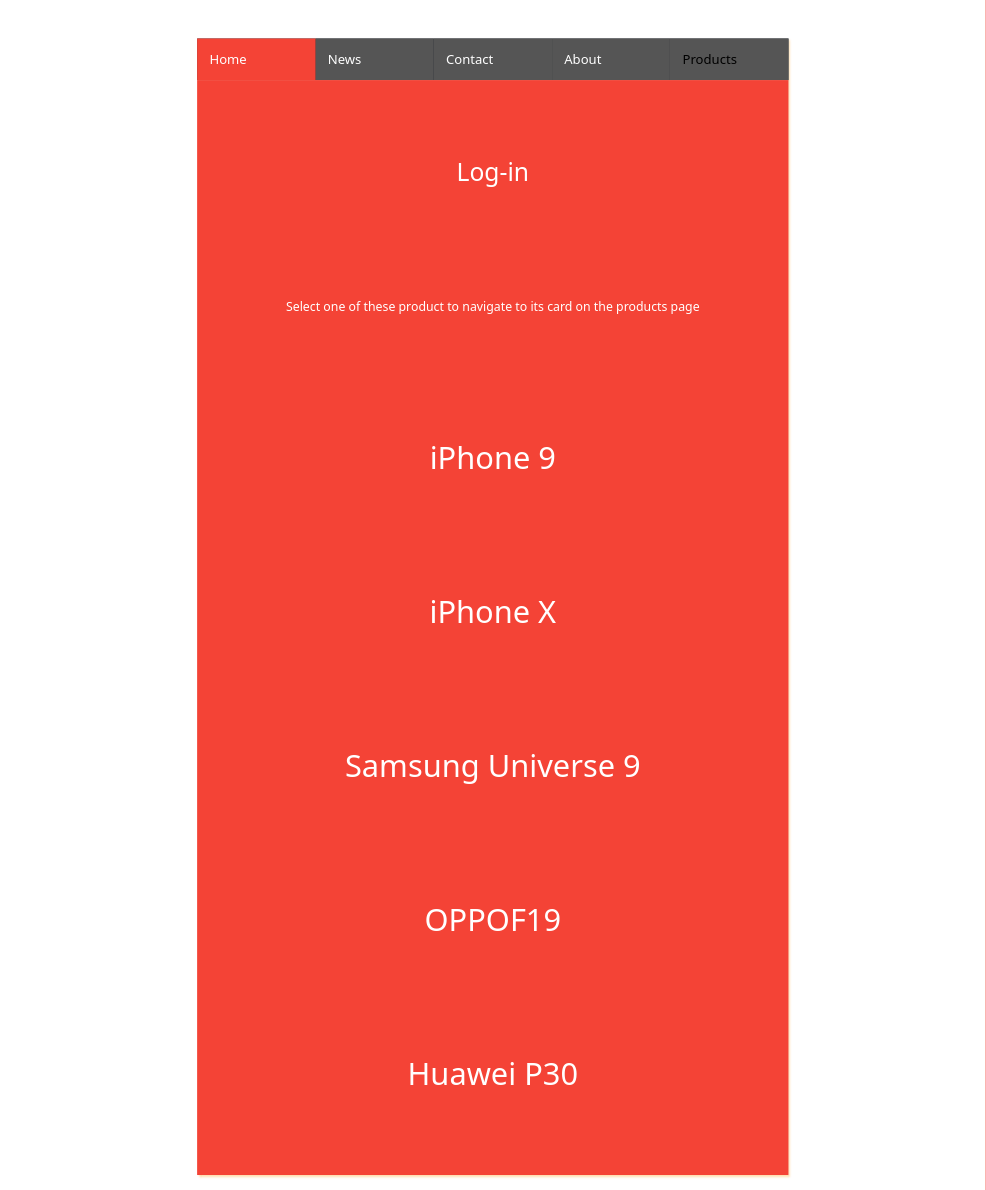
Repository: JasonMorta/basicPlus-rouets
Page: /
The author's editor kept a copy of each file at every save. The page is drawn from the files as they stood at one save, then again after the next save.
The browser window is 1280 px wide. The pictures show the whole page, at 77% of full size.
Some web fonts or font styles are not loaded; a fallback is used. The project was rebuilt for these pictures with package versions that can differ from the ones it lists, and the page was loaded fresh each time. Also part of the build but not shown: src/pages/news.css, src/pages/News.jsx, src/pages/About.jsx, src/pages/Hooks/UseRefHook.jsx, src/pages/Contact.jsx, src/pages/List.jsx, src/pages/ProductPreview.jsx, src/pages/Products.jsx.

Above is the page before, as saved 2023-04-01 21:05:34.

After the next save:
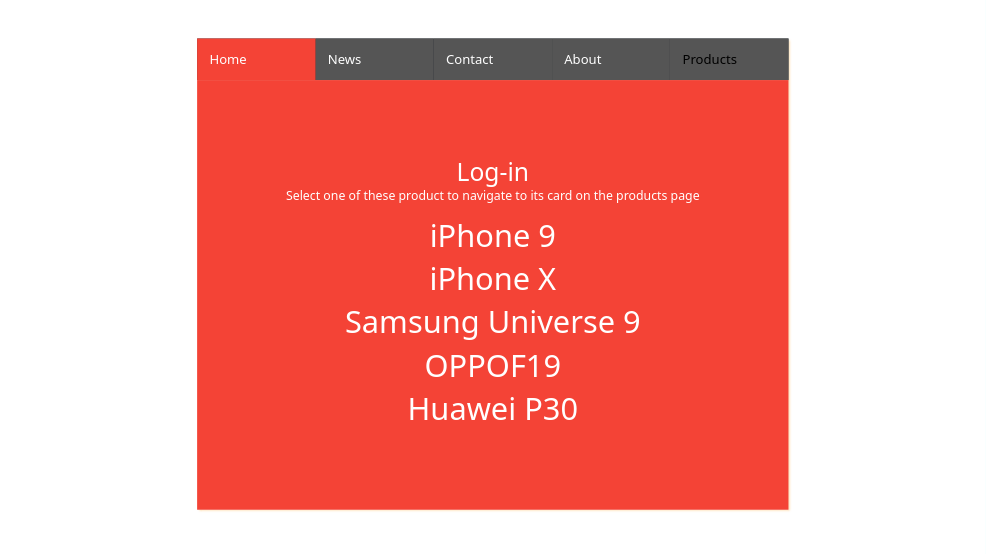
Saved 4 s later.
--- a/src/App.css
+++ b/src/App.css
@@ -95,7 +95,6 @@
   display: flex;
   flex-direction: column;
   align-items: center;
-  gap: 20vh;
 }
 
 .inner-content h3{
